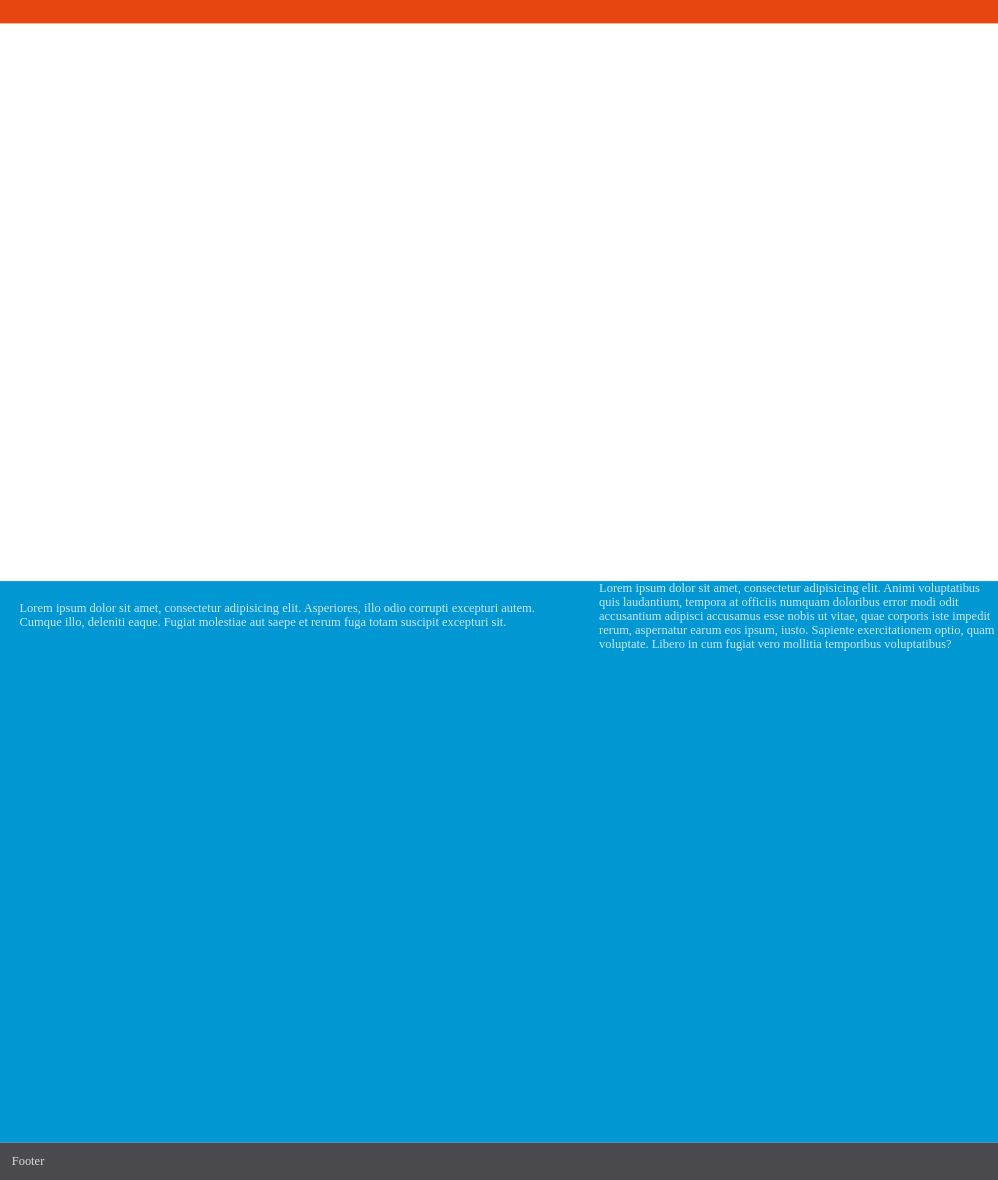
Repository: meghdadyazdi/Media-queries-test
Page: Mini Project/index.html
The author's editor kept a record of every edit. The page is drawn from the files as they stood at one moment, then again after the next edit.
The browser window is 1280 px wide. The pictures show the whole page, at 78% of full size.

Above is the page before.

After the next edit:
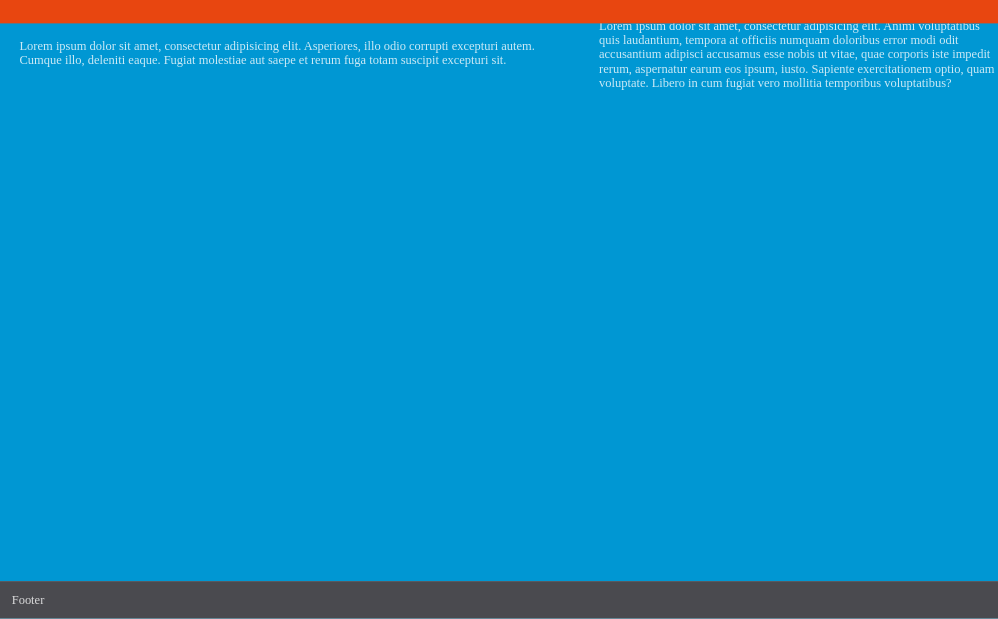
The edit:
--- a/Mini Project/index.html
+++ b/Mini Project/index.html
@@ -8,7 +8,7 @@
     <title>Document</title>
 </head>
 <body>
-    <main class="main"></main>
+    <main class="main">
     <header class="header">
         <div class="logo"></div>
     </header>
@@ -23,8 +23,10 @@
         <p class="section-paragraph"></p>
             Lorem ipsum dolor sit amet, consectetur adipisicing elit. Animi voluptatibus quis laudantium, tempora at officiis numquam doloribus error modi odit accusantium adipisci accusamus esse nobis ut vitae, quae corporis iste impedit rerum, aspernatur earum eos ipsum, iusto. Sapiente exercitationem optio, quam voluptate. Libero in cum fugiat vero mollitia temporibus voluptatibus?
     </section>
+
     <footer class="footer">
         Footer
     </footer>
+    </main>
 </body>
 </html>
